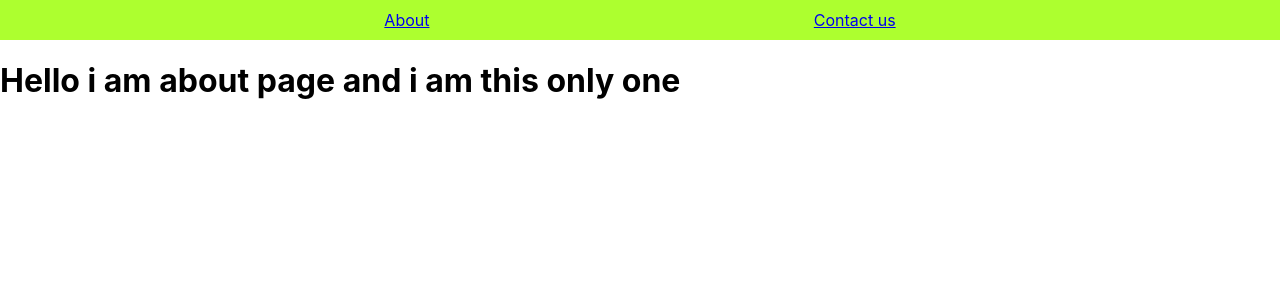
Repository: shah-zx/Pokemon
Page: /about
The author's editor kept a copy of each file at every save. The page is drawn from the files as they stood at one save, then again after the next save.
The browser window is 1280 px wide. The pictures show the whole page.
The project was rebuilt for these pictures with package versions that can differ from the ones it lists, and the page was loaded fresh each time. Also part of the build but not shown: src/App.css, src/components/ComA.jsx, src/components/Contact.jsx.

Above is the page before, as saved 2021-11-21 15:56:03.

### src/index.css
body {
  margin: 0;
  font-family: -apple-system, BlinkMacSystemFont, 'Segoe UI', 'Roboto', 'Oxygen',
    'Ubuntu', 'Cantarell', 'Fira Sans', 'Droid Sans', 'Helvetica Neue',
    sans-serif;
  -webkit-font-smoothing: antialiased;
  -moz-osx-font-smoothing: grayscale;
}

code {
  font-family: source-code-pro, Menlo, Monaco, Consolas, 'Courier New',
    monospace;
}

.menu_style{
width: 100%;
line-height: 40px;
background-color: greenyellow;
display: flex;
justify-content: space-evenly;
}

### src/App.js
import './App.css';
import ComA from './components/ComA';
import Contact from './components/Contact';
import {BrowserRouter} from "react-router-dom"
import {Routes , Route} from "react-router-dom";
import About from './components/About';
import Navbar from './components/Navbar';
function App() {
  const Name = () => {
    return <h1> This is the name page </h1>
  }
  return (
    <BrowserRouter>
      <Navbar />
       <Routes>
         <Route path = "/" element ={<ComA/>} />
         <Route path = "/about" element = {<About name = "about" section = "only one"/>} />
         <Route path = "/contact" element = {<Contact name = 'Contact'/>} />
         <Route path = "/contact/Name" element = {<Name/>} />
       </Routes>
    </BrowserRouter>
  );
}

export default App;

### src/components/About.jsx
import React from 'react'

function About({name , section} ) {
    return (
        <div>
            <h1>Hello i am {name} page and i am this {section}</h1>
        </div>
    )
}

export default About

### src/components/Navbar.jsx
import React from 'react'
import {Link} from "react-router-dom"

function Navbar() {
    return (
        <>
        <div className = "menu_style">
        <Link activeClassName = "active_class" to = "/about">About</Link>
        <Link activeClassName = "active_class" to = "/contact">Contact us</Link>
        </div>
        </>
    )
}

export default Navbar

Loaded but not shown: public/index.html (common file); src/index.js (common file); src/reportWebVitals.js (common file)

After the next save:
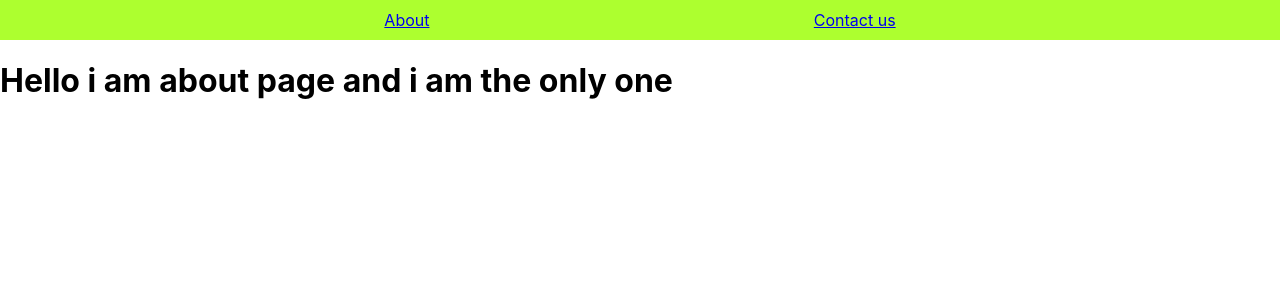
Saved 13 s later.
--- a/src/components/About.jsx
+++ b/src/components/About.jsx
@@ -3,7 +3,7 @@ import React from 'react'
 function About({name , section} ) {
     return (
         <div>
-            <h1>Hello i am {name} page and i am this {section}</h1>
+            <h1>Hello i am {name} page and i am the {section}</h1>
         </div>
     )
 }
